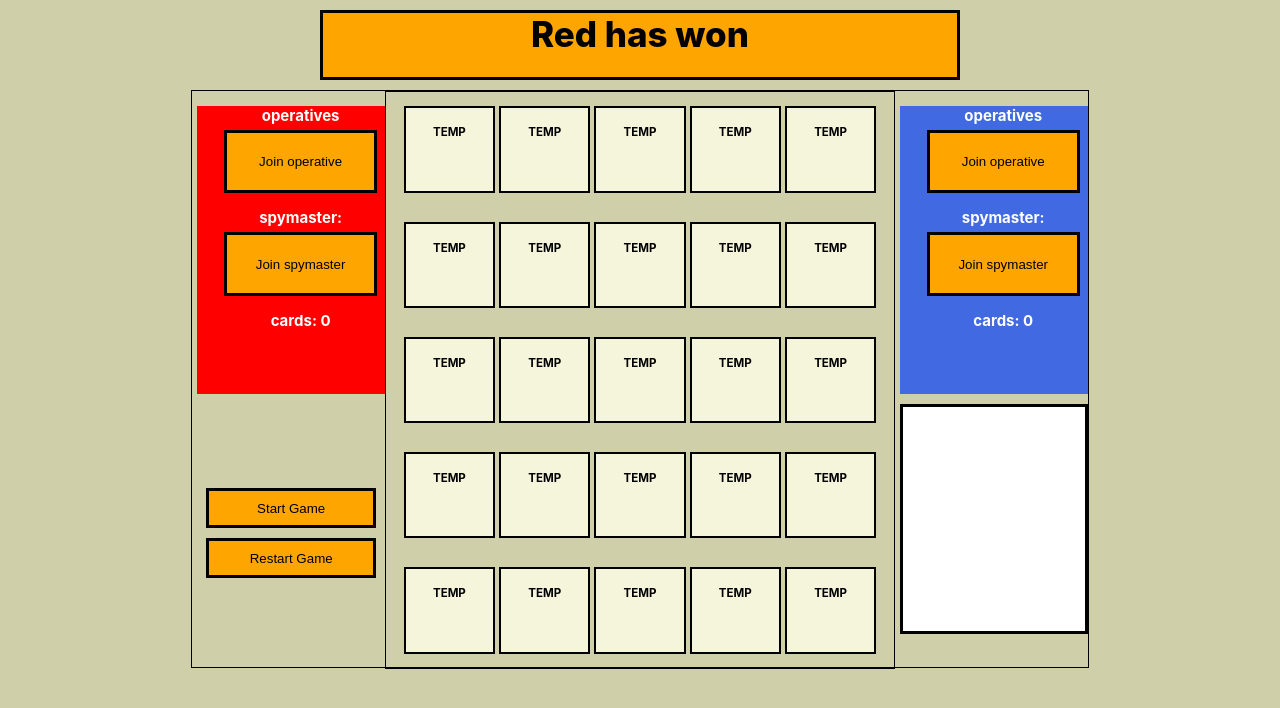
Repository: alcarrizo/Codenames-Fullstack
Page: / (app in client/)
The author's editor kept a copy of each file at every save. The page is drawn from the files as they stood at one save, then again after the next save.
The browser window is 1280 px wide. The pictures show the whole page.
The project was rebuilt for these pictures with package versions that can differ from the ones it lists, and the page was loaded fresh each time. Imported but missing from the stored project, and not drawn on this page: client/src/reportWebVitals.

Above is the page before, as saved 2023-01-17 17:52:26.

After the next save:
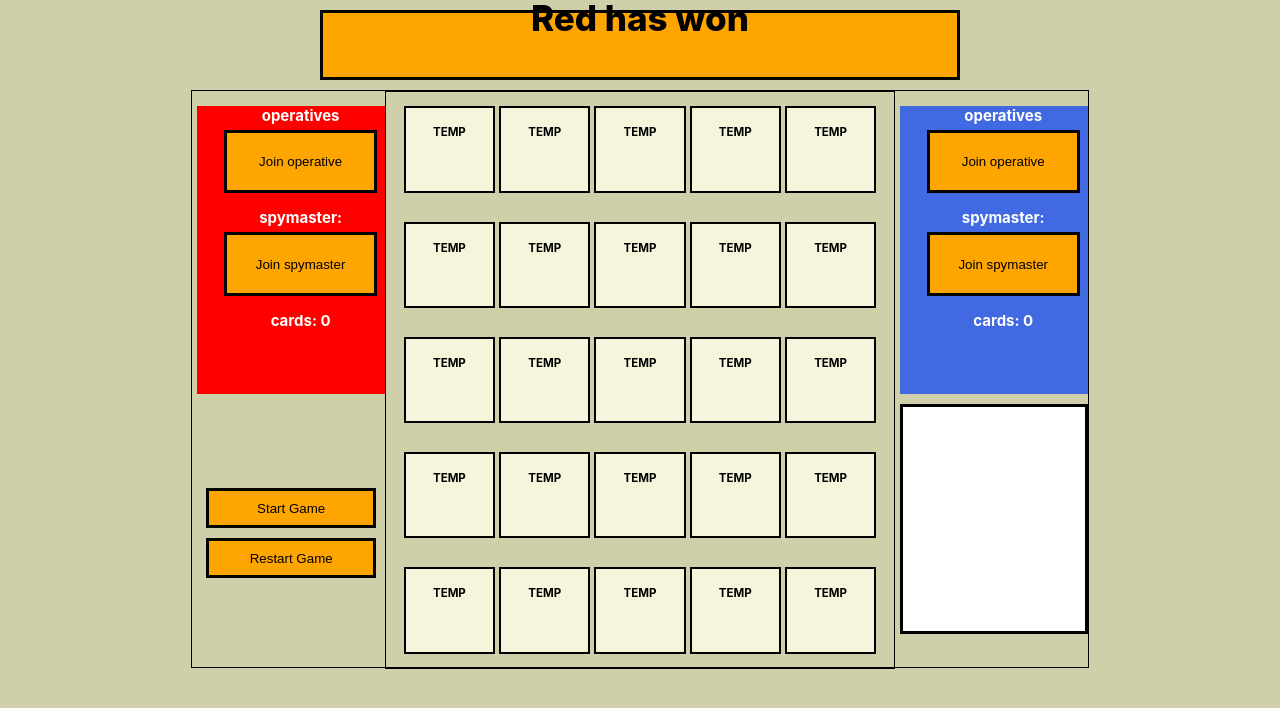
Saved 6 s later.
--- a/client/src/css/styles.css
+++ b/client/src/css/styles.css
@@ -218,7 +218,7 @@ body.blue {
     left: 35%;
     text-align: center;
     font-size: 35px;
-
+    line-height: 10px;
     font-weight: 800;
     border: black solid 3px;
 
